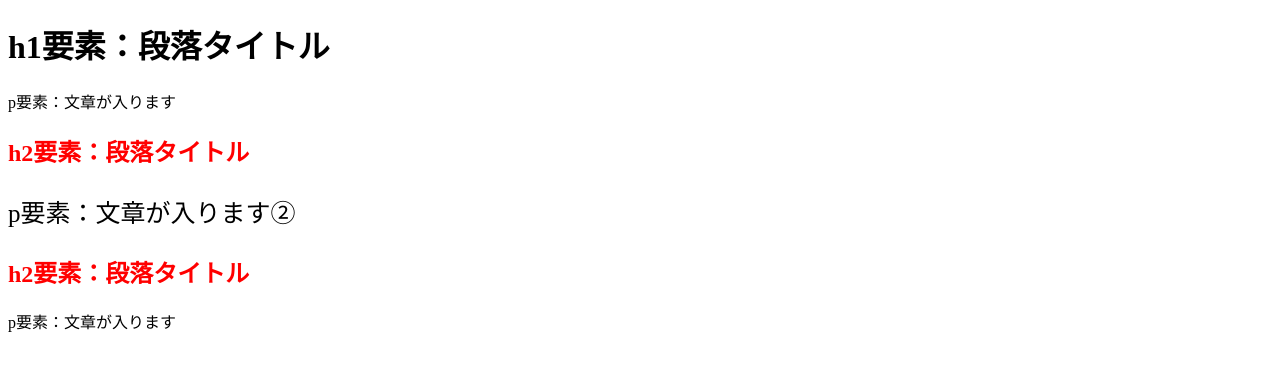
Repository: mogmogpasta/samurai_HTML-CSS
Page: training.html
The author's editor kept a record of every edit. The page is drawn from the files as they stood at one moment, then again after the next edit.
The browser window is 1280 px wide. The pictures show the whole page.

Above is the page before.

### training.html
<!DOCTYPE html>
<html lang="ja">
<head>
    <meta charset="UTF-8">
    <style>
        h2{
            color:red;
        }
    </style>

    <title>HTML/CSSの学習</title>
</head>
<body>
    <h1>h1要素：段落タイトル</h1>
        <p>p要素：文章が入ります</p>
    <h2>h2要素：段落タイトル</h1>
<p style="font-size:25px;">
    p要素：文章が入ります②
</p>
    <h2>h2要素：段落タイトル</h1>
        <p>p要素：文章が入ります</p>
</body>
</html>

### stylesheet.css
@charset "utf-8";

body {
	margin: 0;
	padding: 0;
	font-family: "ヒラギノ角ゴ Pro W3", "Hiragino Kaku Gothic Pro", "メイリオ", Meiryo, Osaka, "ＭＳ Ｐゴシック", "MS PGothic", sans-serif;
	color: #333;
	font-size: 13px;
	line-height: 150%;
}

/* -------------------- wrapper -------------------- */
#wrapper {
    width: 100%;
    margin: auto;
    padding: 0px;
    border: 0px;
    background-color: #FFF;
    top: 10px;
    position: relative;
}

 /* -------------------- header -------------------- */
 #header {
 	width: 100%;
 }
 #header h1 {
 	 margin: 0;
	 padding: 0;
 }

 #corridor {
	 width: 100%;
	 height: auto;
 }


 /* -------------------- footer -------------------- */
 #footer {
 	 clear: both;
 	 width: 100%;
 	 padding: 3px 0 3px 0;
 	 background: #39F;
 	 color: #FFF;
 	 font-weight: bold;
 	 text-align: center;
 }

After the next edit:
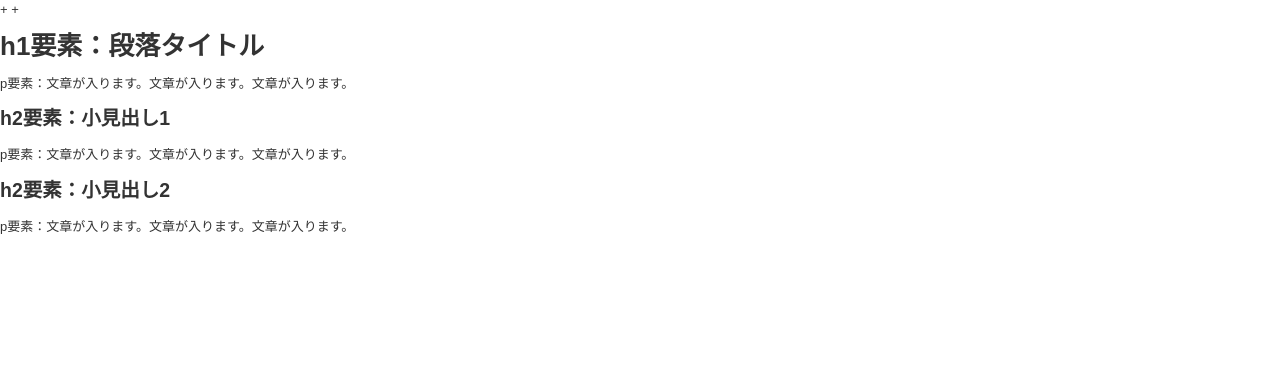
The edit:
--- a/training.html
+++ b/training.html
@@ -1,23 +1,21 @@
 <!DOCTYPE html>
 <html lang="ja">
-<head>
+  <head>
     <meta charset="UTF-8">
-    <style>
-        h2{
-            color:red;
-        }
-    </style>
-
     <title>HTML/CSSの学習</title>
-</head>
-<body>
-    <h1>h1要素：段落タイトル</h1>
-        <p>p要素：文章が入ります</p>
-    <h2>h2要素：段落タイトル</h1>
-<p style="font-size:25px;">
-    p要素：文章が入ります②
-</p>
-    <h2>h2要素：段落タイトル</h1>
-        <p>p要素：文章が入ります</p>
-</body>
-</html>
+    +    <!-- stylesheet.cssの読み込み -->
++    <link rel="stylesheet" href="stylesheet.css">
+  </head>
+  <body>
+    <h1 class="blue">h1要素：段落タイトル</h1>
+    <p>p要素：文章が入ります。文章が入ります。文章が入ります。</p>
+    <h2 class="blue">h2要素：小見出し1</h2>
+    <p class="fs-25">
+      p要素：文章が入ります。文章が入ります。文章が入ります。
+    </p>
+    <h2 id="red">h2要素：小見出し2</h2>
+    <p class="fw-bold">
+      p要素：文章が入ります。文章が入ります。文章が入ります。
+    </p>
+  </body>
+ </html>
